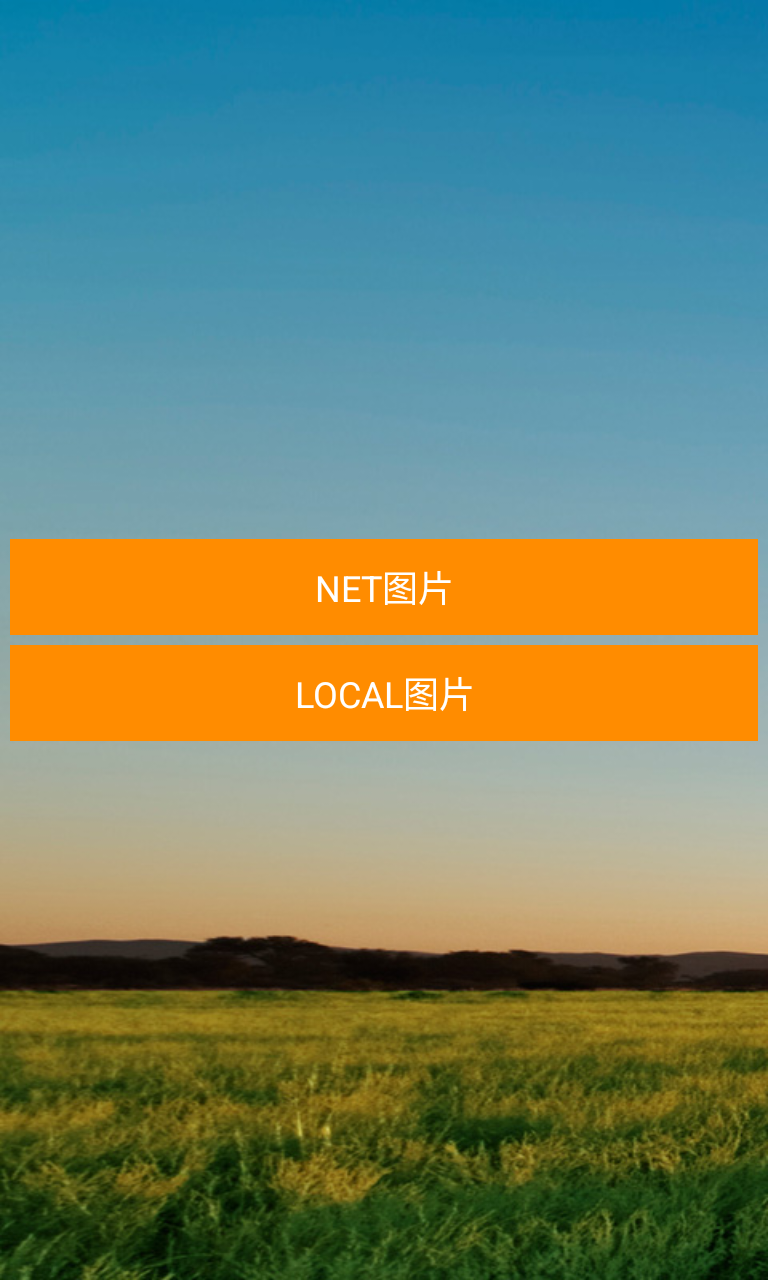
Repository: taiyang0725/Android
Layout: TestViewPage/res/layout/b.xml
The author's editor kept a copy of each file at every save. The layout is drawn from the files as they stood at one save, then again after the next save.
It is drawn on a 768 x 1280 px phone screen (xhdpi) without system bars, with theme AppTheme; the app's code is not run.

Above is the layout before, as saved 2015-05-14 06:59:33.

### TestViewPage/res/layout/b.xml
<?xml version="1.0" encoding="utf-8"?>
<RelativeLayout xmlns:android="http://schemas.android.com/apk/res/android"
    android:layout_width="match_parent"
    android:layout_height="match_parent"
    android:background="@drawable/bg_not_login" >

   <LinearLayout
       android:layout_width="match_parent"
        android:layout_height="wrap_content"
        android:layout_centerInParent="true"
        android:orientation="vertical"
        android:layout_margin="5dp"
       >
    <Button
        android:id="@+id/btn_pic_net"
        android:layout_width="match_parent"
        android:layout_height="wrap_content"
        android:background="#FF8C00"
        android:text="NET图片"
        android:textColor="#FFFFFF"
        />
    <Button
        android:id="@+id/btn_pic_local"
        android:layout_width="match_parent"
        android:layout_height="wrap_content"
        android:layout_marginTop="5dp"
        android:background="#FF8C00"
       android:textColor="#FFFFFF"
        android:text="LOCAL图片"
        />

   </LinearLayout>

</RelativeLayout>

### TestViewPage/res/values/styles.xml
<resources xmlns:android="http://schemas.android.com/apk/res/android">

    <!--
        Base application theme, dependent on API level. This theme is replaced
        by AppBaseTheme from res/values-vXX/styles.xml on newer devices.





    -->
    <style name="AppBaseTheme" parent="android:Theme.Light">
        <!--
            Theme customizations available in newer API levels can go in
            res/values-vXX/styles.xml, while customizations related to
            backward-compatibility can go here.





        -->
    </style>

    <!-- Application theme. -->
    <style name="AppTheme" parent="AppBaseTheme">
        <!-- All customizations that are NOT specific to a particular API-level can go here. -->
    </style>

    <style name="set_title">
        <item name="android:layout_width">match_parent</item>
        <item name="android:layout_height">40dp</item>
        <item name="android:orientation">horizontal</item>
    </style>

    <style name="set_layout">
        <item name="android:layout_width">0dp</item>
        <item name="android:layout_weight">1</item>
        <item name="android:layout_height">wrap_content</item>

    </style>

    <style name="set_txt">
        <item name="android:layout_width">wrap_content</item>
        <item name="android:layout_height">wrap_content</item>
        <item name="android:orientation">vertical</item>

    </style>

    <style name="set_btn">
        <item name="android:layout_width">35dp</item>
        <item name="android:layout_height">35dp</item>
    </style>

</resources>

Loaded but not shown: TestViewPage/res/values-v11/styles.xml (common file); TestViewPage/res/values-v14/styles.xml (common file)

After the next save:
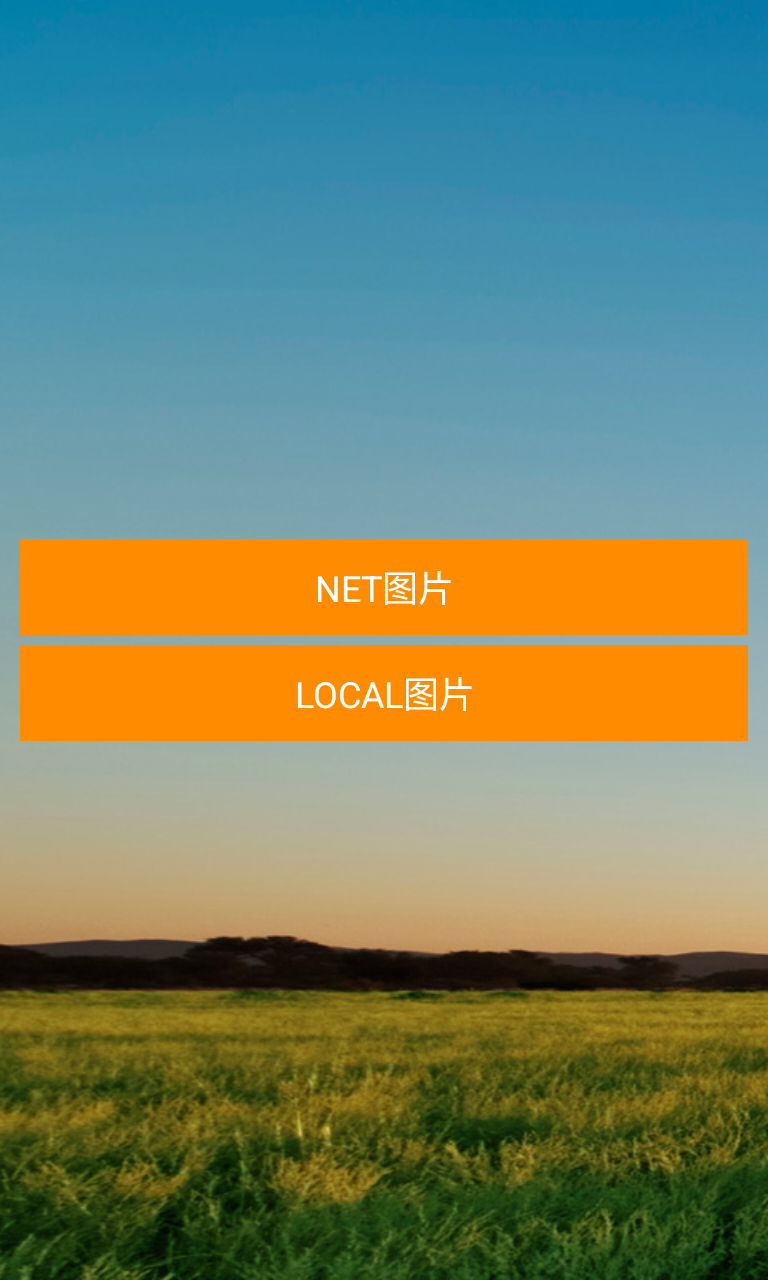
Saved 7 s later.
--- a/TestViewPage/res/layout/b.xml
+++ b/TestViewPage/res/layout/b.xml
@@ -9,7 +9,7 @@
         android:layout_height="wrap_content"
         android:layout_centerInParent="true"
         android:orientation="vertical"
-        android:layout_margin="5dp"
+        android:layout_margin="10dp"
        >
     <Button
         android:id="@+id/btn_pic_net"
